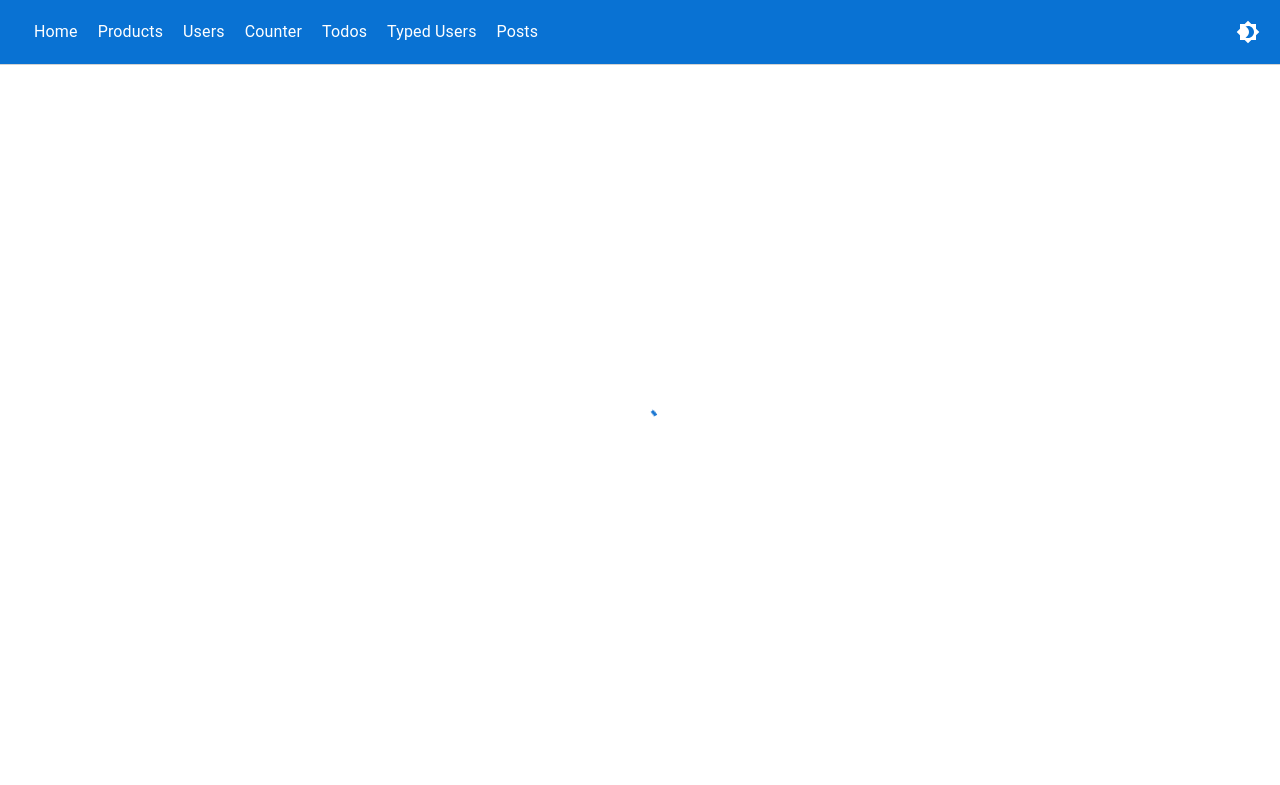
Repository: Vijay-Singh1/delente-assessment
Page: /todos
These files come from the project's save history. The page is drawn as it stood at one moment and after the next save; the edit follows.
The browser window is 1280 px wide. The pictures show the whole page.
The page's requests for data from a server got no answer. The project was rebuilt for these pictures with package versions that can differ from the ones it lists, and the page was loaded fresh each time. The framework's server and built-in components were replaced by stand-ins that run in the browser. No one was signed in, and anything a server would have sent is missing. Also part of the build but not shown: next.config.mjs.

Above is the page before, as saved 2024-10-09 23:02:34.

### pages/_app.js
import { ThemeProvider } from '../contexts/theme';
import '../styles/global.css';
import Navbar from './navbar';

function MyApp({ Component, pageProps }) {
    return <ThemeProvider>
        <Navbar />
        <Component {...pageProps} />
    </ThemeProvider>;
}

export default MyApp;

### pages/todos.js
import { CircularProgress, List, ListItem, ListItemText, ListItemIcon,  Typography, Paper, Box } from '@mui/material';
import { useEffect, useState } from 'react';
import CheckIcon from '@mui/icons-material/Check';
import { useTheme } from '../contexts/theme';

export default function Todos() {
  const [todos, setTodos] = useState([]);
  const [loading, setLoading] = useState(true);
  const { theme } = useTheme();
  useEffect(() => {
    async function fetchTodos() {
      const res = await fetch('https://jsonplaceholder.typicode.com/todos');
      const data = await res.json();
      setTodos(data.slice(0, 10));
      setLoading(false);
    }
    fetchTodos();
  }, []);

  if (loading) {
    return  <Box
    display="flex"
    justifyContent="center"
    alignItems="center"
    height="100vh"
    padding={2}
    width={"100%"}
    sx={{ backgroundColor: theme === 'light' ? 'white' : 'black' }}
  ><CircularProgress /></Box>;
  }

  return (
    <List sx={{ backgroundColor: theme === 'light' ? 'white' : 'black' }}>
      {todos.map(todo => (
        <Paper
          key={todo.id}
          elevation={3}
          sx={{ margin: '10px', border: '1px solid #ccc', borderRadius: '8px', padding: '10px' }}
        >
          <Typography variant="h6" gutterBottom>
            Todo #{todo.id}
          </Typography>
          <ListItem>
            <ListItemIcon>
              {todo.completed ? <CheckIcon color="primary" /> : null}
            </ListItemIcon>
            <ListItemText primary={todo.title} />
          </ListItem>
        </Paper>
      ))}
    </List>
  );
}

### contexts/theme.js

import { createContext, useContext, useState, useEffect } from 'react';
import Cookies from 'js-cookie';

const ThemeContext = createContext();

export function ThemeProvider({ children }) {
  const [theme, setTheme] = useState('light');

  useEffect(() => {
    const savedTheme = localStorage.getItem('theme');
    if (savedTheme) {
      setTheme(savedTheme);
    }
  }, []);

  useEffect(() => {
    localStorage.setItem('theme', theme);
    Cookies.set('theme', theme);
  }, [theme]);

  const toggleTheme = () => {
    const newTheme = theme === 'light' ? 'dark' : 'light';
    setTheme(newTheme);
  };

  return (
    <ThemeContext.Provider value={{ theme, toggleTheme }}>
      {children}
    </ThemeContext.Provider>
  );
}

export const useTheme = () => useContext(ThemeContext);

### styles/global.css
/** @format */
*, *::before, *::after {
  box-sizing: border-box; /* Ensures box-sizing is applied globally */
}

html, body {
  margin: 0;
  padding: 0;
  width: 100%;
  height: 100%;
}

#root, #__next {
  width: 100%;
  height: 100%;
}

### pages/navbar.js

import Link from 'next/link';
import { AppBar, Toolbar, IconButton, Typography } from '@mui/material';
import { Brightness4, Brightness7 } from '@mui/icons-material';
import { useTheme } from '../contexts/theme';

export default function Navbar() {
    const { theme, toggleTheme } = useTheme();

    return (
        <AppBar position="static" sx={{ backgroundColor: theme === 'light' ? '#0972D3' : 'black', borderBottom : "1px solid lightGray",  }}>
            <Toolbar>
                <Typography  component="div" sx={{ flexGrow: 1 }}>
                    <Link href="/" style={{ margin: '0 10px', color: 'white', textDecoration: 'none' }}>Home</Link>
                    <Link href="/products" style={{ margin: '0 10px', color: 'white', textDecoration: 'none' }}>Products</Link>
                    <Link href="/users" style={{ margin: '0 10px', color: 'white', textDecoration: 'none' }}>Users</Link>
                    <Link href="/counter" style={{ margin: '0 10px', color: 'white', textDecoration: 'none' }}>Counter</Link>
                    <Link href="/todos" style={{ margin: '0 10px', color: 'white', textDecoration: 'none' }}>Todos</Link>
                    <Link href="/tsUsers" style={{ margin: '0 10px', color: 'white', textDecoration: 'none' }}>Typed Users</Link>
                    <Link href="/posts" style={{ margin: '0 10px', color: 'white', textDecoration: 'none' }}>Posts</Link>
                </Typography>
                <IconButton
                    edge="end"
                    color="inherit"
                    onClick={toggleTheme}
                    sx={{ ml: 1 }}
                >
                    {theme === 'light' ? <Brightness4 /> : <Brightness7 />}
                </IconButton>
            </Toolbar>
        </AppBar>
    );
}

After the next save:
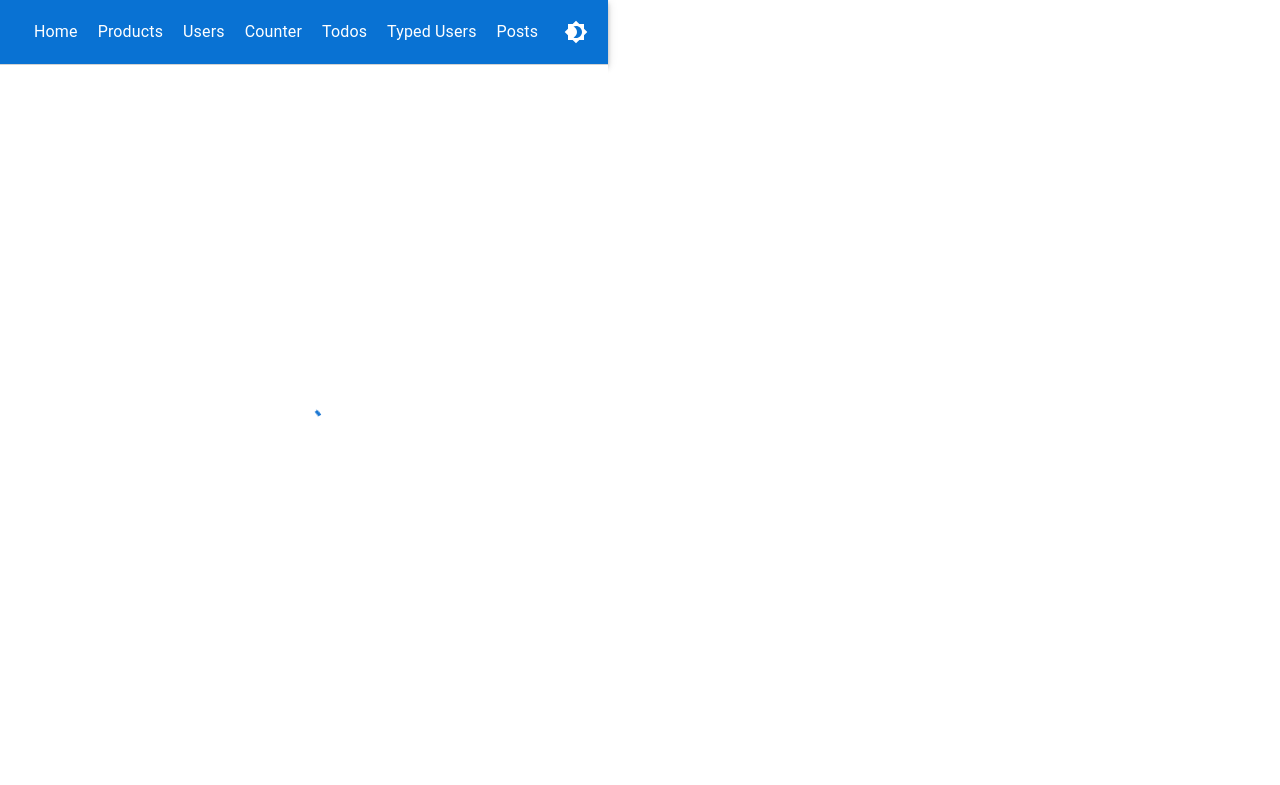
Saved 84 s later.
--- a/styles/global.css
+++ b/styles/global.css
@@ -6,7 +6,7 @@
 html, body {
   margin: 0;
   padding: 0;
-  width: 100%;
+  width: max-content;
   height: 100%;
 }
 
